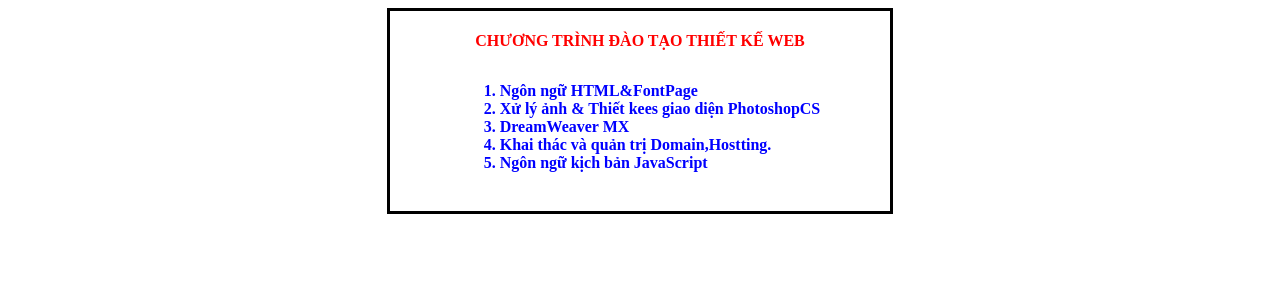
Repository: Tan-Khang21/TH_TKW--Buoi_01
Page: Buoi_01/BT_tren_lop/BT_03/DS1.html
An editor plug-in stored every save of this project. The page is shown before and after the next save, followed by the edit.
The browser window is 1280 px wide. The pictures show the whole page.

Above is the page before, as saved 2024-01-19 09:18:38.

After the next save:
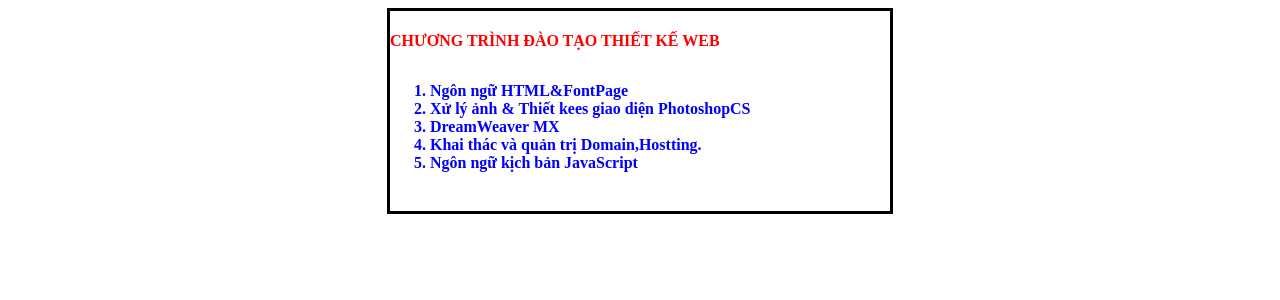
Saved 16 s later.
--- a/Buoi_01/BT_tren_lop/BT_03/DS1.css
+++ b/Buoi_01/BT_tren_lop/BT_03/DS1.css
@@ -1,7 +1,6 @@
 div {
   display: flex;
-  align-items: center;
-  /* justify-content: center; */
+  /* align-items: center; */
   flex-direction: column;
   border: 3px solid black;
   width: 500px;

After the save that followed:
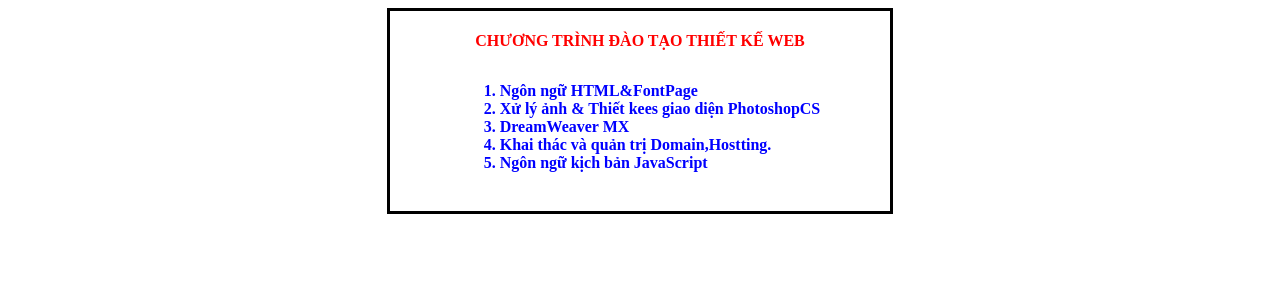
Saved 5 s later.
--- a/Buoi_01/BT_tren_lop/BT_03/DS1.css
+++ b/Buoi_01/BT_tren_lop/BT_03/DS1.css
@@ -1,6 +1,6 @@
 div {
   display: flex;
-  /* align-items: center; */
+  align-items: center;
   flex-direction: column;
   border: 3px solid black;
   width: 500px;
